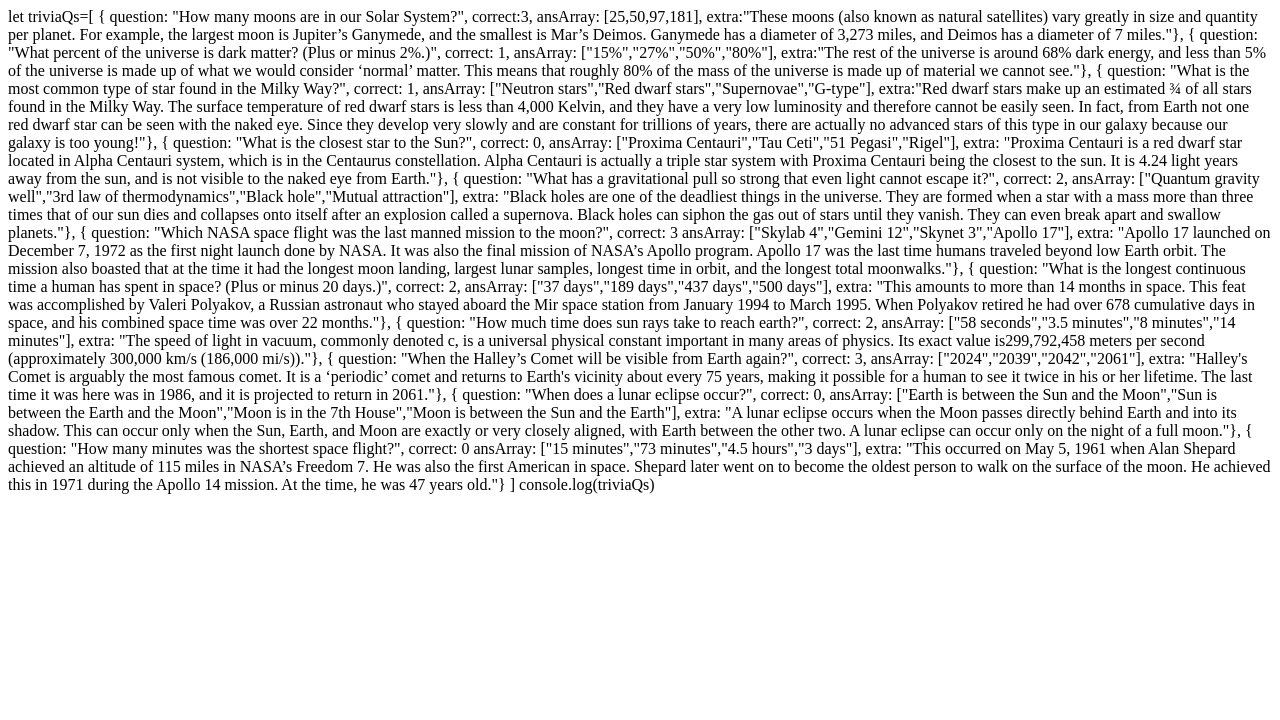
Repository: dsaftler/Trivia
Page: assets/javascript/qArray.html
These files come from the project's save history. The page is drawn as it stood at one moment and after the next save; the edit follows.
The browser window is 1280 px wide. The pictures show the whole page.

Above is the page before, as saved 2019-04-11 23:54:31.

### assets/javascript/qArray.html
let triviaQs=[
{
question: "How many moons are in our Solar System?",
correct:3,
ansArray: [25,50,97,181],
extra:"These moons (also known as natural satellites) vary greatly in size and quantity per planet. For example, the largest moon is Jupiter’s Ganymede, and the smallest is Mar’s Deimos. Ganymede has a diameter of 3,273 miles, and Deimos has a diameter of 7 miles."},
{
question: "What percent of the universe is dark matter? (Plus or minus 2%.)",
correct: 1,
ansArray: ["15%","27%","50%","80%"],
extra:"The rest of the universe is around 68% dark energy, and less than 5% of the universe is made up of what we would consider ‘normal’ matter. This means that roughly 80% of the mass of the universe is made up of material we cannot see."},
{
question: "What is the most common type of star found in the Milky Way?",
correct: 1,
ansArray: ["Neutron stars","Red dwarf stars","Supernovae","G-type"],
extra:"Red dwarf stars make up an estimated ¾ of all stars found in the Milky Way. The surface temperature of red dwarf stars is less than 4,000 Kelvin, and they have a very low luminosity and therefore cannot be easily seen. In fact, from Earth not one red dwarf star can be seen with the naked eye. Since they develop very slowly and are constant for trillions of years, there are actually no advanced stars of this type in our galaxy because our galaxy is too young!"},
{
question: "What is the closest star to the Sun?",
correct: 0,
ansArray: ["Proxima Centauri","Tau Ceti","51 Pegasi","Rigel"],
extra: "Proxima Centauri is a red dwarf star located in Alpha Centauri system, which is in the Centaurus constellation. Alpha Centauri is actually a triple star system with Proxima Centauri being the closest to the sun. It is 4.24 light years away from the sun, and is not visible to the naked eye from Earth."},
{
question: "What has a gravitational pull so strong that even light cannot escape it?",
correct: 2,
ansArray: ["Quantum gravity well","3rd law of thermodynamics","Black hole","Mutual attraction"],
extra: "Black holes are one of the deadliest things in the universe. They are formed when a star with a mass more than three times that of our sun dies and collapses onto itself after an explosion called a supernova. Black holes can siphon the gas out of stars until they vanish. They can even break apart and swallow planets."},
{
question: "Which NASA space flight was the last manned mission to the moon?",
correct: 3
ansArray: ["Skylab 4","Gemini 12","Skynet 3","Apollo 17"],
extra: "Apollo 17 launched on December 7, 1972 as the first night launch done by NASA. It was also the final mission of NASA’s Apollo program. Apollo 17 was the last time humans traveled beyond low Earth orbit. The mission also boasted that at the time it had the longest moon landing, largest lunar samples, longest time in orbit, and the longest total moonwalks."},
{
question: "What is the longest continuous time a human has spent in space? (Plus or minus 20 days.)",
correct: 2,
ansArray: ["37 days","189 days","437 days","500 days"],
extra: "This amounts to more than 14 months in space. This feat was accomplished by Valeri Polyakov, a Russian astronaut who stayed aboard the Mir space station from January 1994 to March 1995. When Polyakov retired he had over 678 cumulative days in space, and his combined space time was over 22 months."},
{
question: "How much time does sun rays take to reach earth?",
correct: 2,
ansArray: ["58 seconds","3.5 minutes","8 minutes","14 minutes"],
extra: "The speed of light in vacuum, commonly denoted c, is a universal physical constant important in many areas of physics. Its exact value is299,792,458 meters per second (approximately 300,000 km/s (186,000 mi/s))."},
{
question: "When the Halley’s Comet will be visible from Earth again?",
correct: 3,
ansArray: ["2024","2039","2042","2061"],
extra: "Halley's Comet is arguably the most famous comet. It is a ‘periodic’ comet and returns to Earth's vicinity about every 75 years, making it possible for a human to see it twice in his or her lifetime. The last time it was here was in 1986, and it is projected to return in 2061."},
{
question: "When does a lunar eclipse occur?",
correct: 0,
ansArray: ["Earth is between the Sun and the Moon","Sun is between the Earth and the Moon","Moon is in the 7th House","Moon is between the Sun and the Earth"],
extra: "A lunar eclipse occurs when the Moon passes directly behind Earth and into its shadow. This can occur only when the Sun, Earth, and Moon are exactly or very closely aligned, with Earth between the other two. A lunar eclipse can occur only on the night of a full moon."},
{
question: "How many minutes was the shortest space flight?",
correct: 0
ansArray: ["15 minutes","73 minutes","4.5 hours","3 days"],
extra: "This occurred on May 5, 1961 when Alan Shepard achieved an altitude of 115 miles in NASA’s Freedom 7. He was also the first American in space. Shepard later went on to become the oldest person to walk on the surface of the moon. He achieved this in 1971 during the Apollo 14 mission. At the time, he was 47 years old."}
]
console.log(triviaQs)

### assets/css/style.css
.showTimer
.showQuestion
.showAnswer
.showWinsCnt
.showLoseCnt
.answers

### assets/javascript/app.js
// Advanced game has a 30 second timer that counts down to 0 for each question
// If the timer is 0 OR  a wrong answer is chosen:
  // show the correct answer for 5 seconds
// display a new question
// restart the timer with no user interaction

// questions are contained in an array with question, array of answers, index of correct answer
// question shows in questionId
// "Correct"  or "Correct Answer" shows in answerId
// 4 possible answers show in 4 clickable buttons
// buttons have hover behavior
//  only one can be selected (by click)

// scores for Wins, Losses, and Unanswered are kept (correct, wrong, timer ==0)
// ask to play again in link
// click on play restarts the game without re-loading the page

var qArray = ["Est consectetur veniam consectetur magna laborum?",2,["answer 1","answer 2","answer 3","answer 4"],
  "Aliqua officia incididunt velit cillum officia labore Lorem officia?", 3, ["answer 1", "answer 2", "answer 3", "answer 4"], "Amet duis aute et exercitation?", 0, ["answer 1", "answer 2", "answer 3", "answer 4"]] ;

var wins, wrongs, misses, seconds ;
var correctAnswerId;
var isNewGame = true;
var timerRunning=false;
$("document").ready(function () {
  //qArray.forEach(function initGame(currentVal){
 //for (let i=0; i<qArray.length;i++){
   loadGame();
   seconds=30;
  //  $(".answers").click(function () {
  //   var $target = $(this).attr("id")
  //   itarget = "answer" + "2"
  //   if (itarget===$target){
  //     //win
  //     stop();
  //     console.log("Win")
  //   }else{
  //     //lose
  //     stop();
  //     console.log("Lose")
  //   }
  runTimer();


      //miss

  //  });
 // }
 });

function loadGame(){
  if (isNewGame) {
    initGame();
  }
  $("#question").text("question");
  $("#answer0").text("answer 1");
  $("#answer1").text("answer 2");
  $("#answer2").text("answer 3");
  $("#answer3").text("answer 4");

  showTime();
  // while (seconds > 0) {
  //   run()
  // }

}



function initGame(){
  // show game pieces: question, answers
  wins=0;
  $("#wins").text(wins);
  wrongs=0;
  misses=0;
  // show game counters

  $("#newGame").hide();
  isNewGame = false;
}

function runTimer() {
 // clearInterval(seconds);
  seconds = setInterval(decrement, 1000);
  showTime();
}

//  The decrement function.
function decrement() {
  //  Decrease number by one.
  seconds--;
  //  Show the number in the #show-number tag.
  showTime();
  //  Once number hits zero...
  if (seconds < 0) {
    //  ...run the stop function.
    stop()
    //  Alert the user that time is up.
    console.log("Miss");
  }
}

function stop() {
  //  Clears our intervalId
  //  We just pass the name of the interval
  //  to the clearInterval function.
  clearInterval(seconds);
  showTime();
}

//  Execute the run function.
function showTime(){
 // $("#timer").html("<h2>" + seconds + "</h2>");
 console.log(seconds)
}

function Misses(){
  misses++;
 // showMisses
}

After the next save:
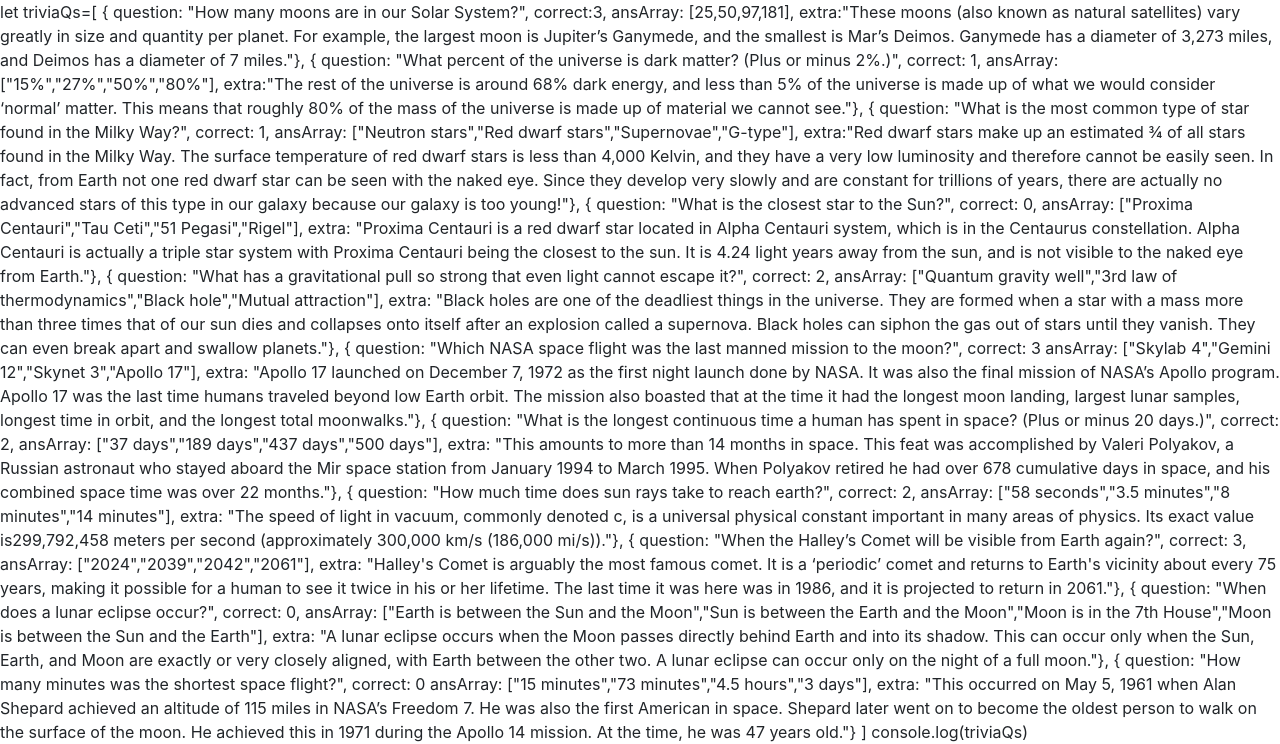
Console error: ReferenceError: $ is not defined
Saved 1 s later.
--- a/assets/javascript/qArray.html
+++ b/assets/javascript/qArray.html
@@ -1,3 +1,19 @@
+<!DOCTYPE html>
+<html lang="en">
+
+<head>
+  <meta charset="UTF-8">
+  <meta name="viewport" content="width=device-width, initial-scale=1.0">
+  <meta http-equiv="X-UA-Compatible" content="ie=edge">
+  <link rel="stylesheet" href="https://stackpath.bootstrapcdn.com/bootstrap/4.3.1/css/bootstrap.min.css"
+    integrity="sha384-ggOyR0iXCbMQv3Xipma34MD+dH/1fQ784/j6cY/iJTQUOhcWr7x9JvoRxT2MZw1T" crossorigin="anonymous">
+  <!-- custom css -->
+  <link rel="stylesheet" href="assets/css/style.css" type="text/css">
+
+  <title>Trivia Game</title>
+</head>
+
+<body>
 let triviaQs=[
 {
 question: "How many moons are in our Solar System?",
@@ -56,3 +72,9 @@
 extra: "This occurred on May 5, 1961 when Alan Shepard achieved an altitude of 115 miles in NASA’s Freedom 7. He was also the first American in space. Shepard later went on to become the oldest person to walk on the surface of the moon. He achieved this in 1971 during the Apollo 14 mission. At the time, he was 47 years old."}
 ]
 console.log(triviaQs)
+<script src="assets/javascript/app.js"></script>
+
+
+</body>
+
+</html>
